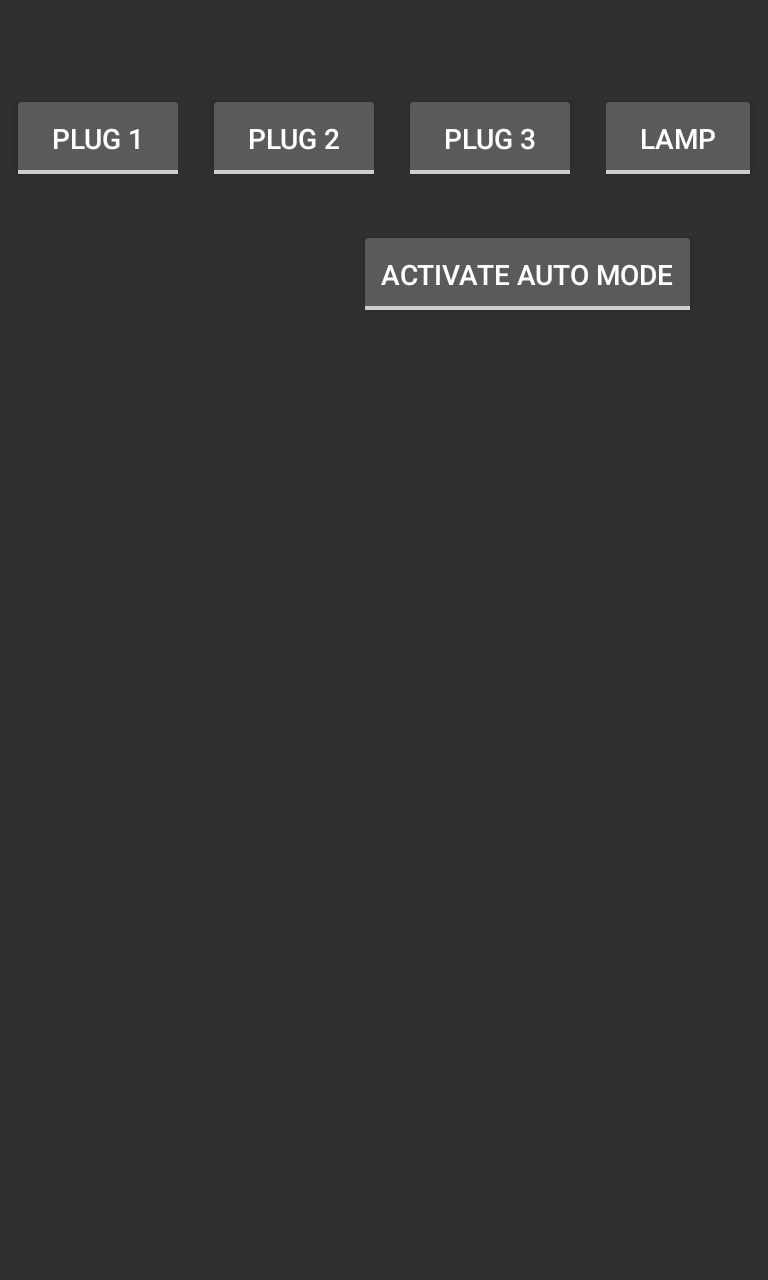
Repository: deanzaka/Shroom-Smart-Terminal
Layout: IOIOShroomST/res/layout/settings.xml
These files come from the project's save history. The layout is drawn as it stood at one moment and after the next save; the edit follows.
It is drawn on a 768 x 1280 px phone screen (xhdpi) without system bars, with theme Theme.AppCompat; the app's code is not run.

Above is the layout before, as saved 2014-11-17 01:52:36.

### IOIOShroomST/res/layout/settings.xml
<?xml version="1.0" encoding="utf-8"?>
<LinearLayout xmlns:android="http://schemas.android.com/apk/res/android"
    android:orientation="vertical"
    android:layout_width="fill_parent"
    android:layout_height="fill_parent">

	<RelativeLayout
	    android:layout_width="match_parent"
		android:layout_height="wrap_content"
		android:orientation="horizontal"
		android:gravity="center_horizontal"
		android:paddingTop="40dp">

	    <ToggleButton
			android:id="@+id/Terminal1"
			android:layout_width="wrap_content"
			android:layout_height="wrap_content"
			android:layout_margin="5dp"
			android:text="@string/terminal_1"
			android:textOn="@string/terminal_1"
			android:textOff="@string/terminal_1"
			/>

		<ToggleButton
			android:id="@+id/Terminal2"
			android:layout_width="wrap_content"
			android:layout_height="wrap_content"
			android:layout_toRightOf="@id/Terminal1"
			android:layout_margin="5dp"
			android:text="@string/terminal_2"
			android:textOn="@string/terminal_2"
			android:textOff="@string/terminal_2"
			/>

		<ToggleButton
			android:id="@+id/Terminal3"
			android:layout_width="wrap_content"
			android:layout_height="wrap_content"
			android:layout_toRightOf="@id/Terminal2"
			android:layout_margin="5dp"
			android:text="@string/terminal_3"
			android:textOn="@string/terminal_3"
			android:textOff="@string/terminal_3"
			/>

		<ToggleButton
			android:id="@+id/Lamp"
			android:layout_width="wrap_content"
			android:layout_height="wrap_content"
			android:layout_toRightOf="@id/Terminal3"
			android:layout_margin="5dp"
			android:text="@string/lamp"
			android:textOn="@string/lamp"
			android:textOff="@string/lamp"
			/>
	</RelativeLayout>

	<RelativeLayout
	    android:layout_width="match_parent"
		android:layout_height="wrap_content"
		android:orientation="horizontal"
		android:gravity="right"
		android:paddingTop="10dp"
		android:paddingRight="30dp">

	    <ToggleButton
			android:id="@+id/AutoMode"
			android:layout_width="wrap_content"
			android:layout_height="wrap_content"
			android:layout_margin="5dp"
			android:text="@string/auto_label"
			android:textOn="Deactivate Auto Mode"
			android:textOff="Activate Auto Mode"
			/>
	</RelativeLayout>

</LinearLayout>

### IOIOShroomST/res/values/strings.xml
<?xml version="1.0" encoding="utf-8"?>
<resources>

    <string name="app_name">Shroom - Smart Outlet</string>
    <string name="terminal_1">Plug 1</string>
    <string name="terminal_2">Plug 2</string>
    <string name="terminal_3">Plug 3</string>
    <string name="lamp">Lamp</string>
    <string name="light_label">Light intensity: </string>
    <string name="temp_label">Temperature</string>
    <string name="cel_label">celcius</string>
    <string name="lux_label">lux</string>
    <string name="auto_label">Auto Mode</string>
    <string name="action_sensors">Sensors</string>
    <string name="action_settings">Setting</string>
    <string name="setting_alert">Go to setting?</string>
    <string name="sensors_alert">Setup sensors?</string>
    <string name="yes_answer">Yes</string>
    <string name="no_answer">No</string>
    <string name="title_activity_settings">Settings</string>
    <string name="hello_world">Hello world!</string>
    <string name="title_activity_sensors">Sensors</string>

</resources>

After the next save:
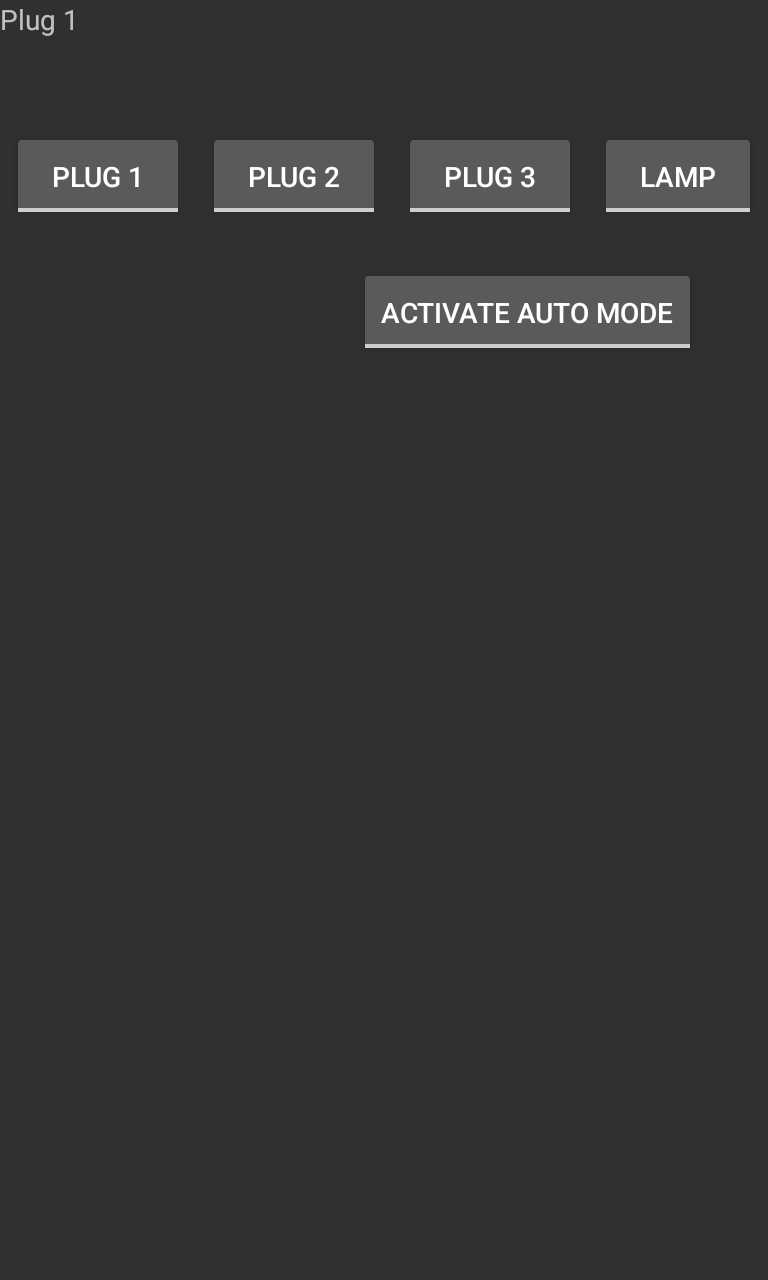
Saved 62 s later.
--- a/IOIOShroomST/res/layout/settings.xml
+++ b/IOIOShroomST/res/layout/settings.xml
@@ -3,6 +3,11 @@
     android:orientation="vertical"
     android:layout_width="fill_parent"
     android:layout_height="fill_parent">
+
+    <TextView
+        android:layout_width="wrap_content"
+        android:layout_height="wrap_content"
+        android:text="@string/terminal_1" />
 
 	<RelativeLayout
 	    android:layout_width="match_parent"
